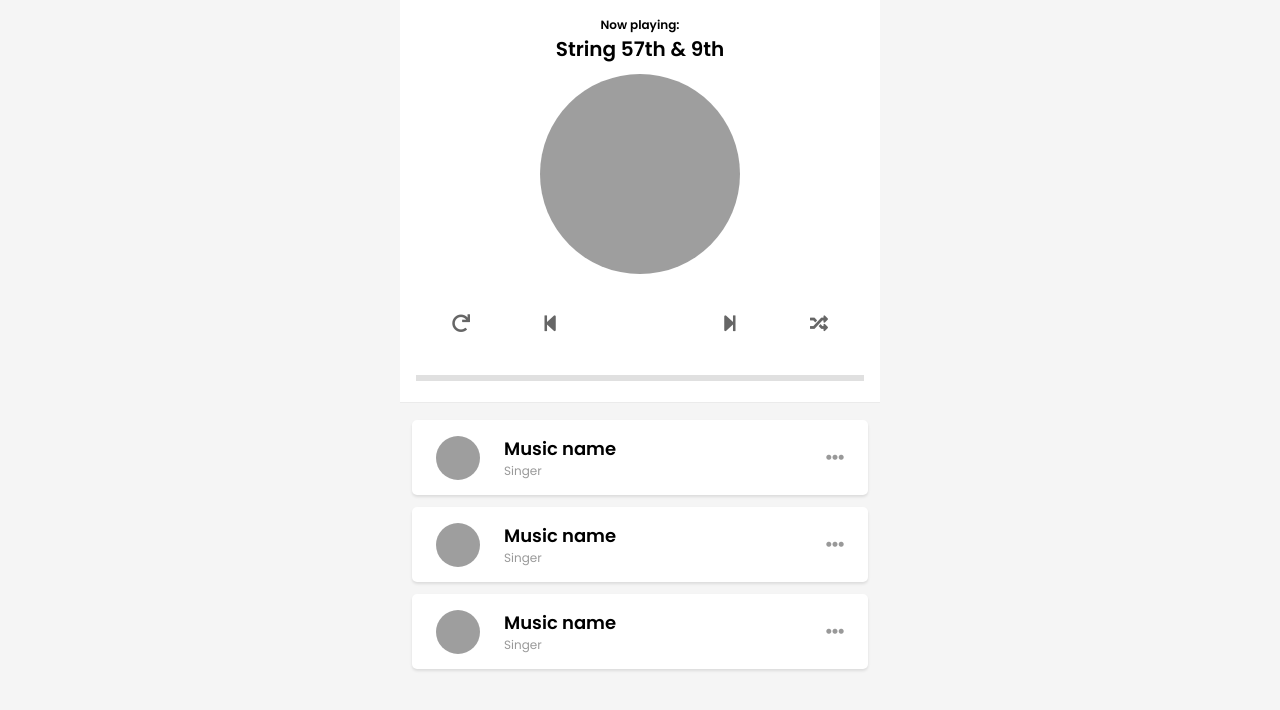
Repository: KienCao2000/demo-music
Page: index.html
The author's editor kept a copy of each file at every save. The page is drawn from the files as they stood at one save, then again after the next save.
The browser window is 1280 px wide. The pictures show the whole page.
Pictures or frames that could not be fetched are drawn as grey boxes.

Above is the page before, as saved 2022-02-24 14:59:11.

After the next save:
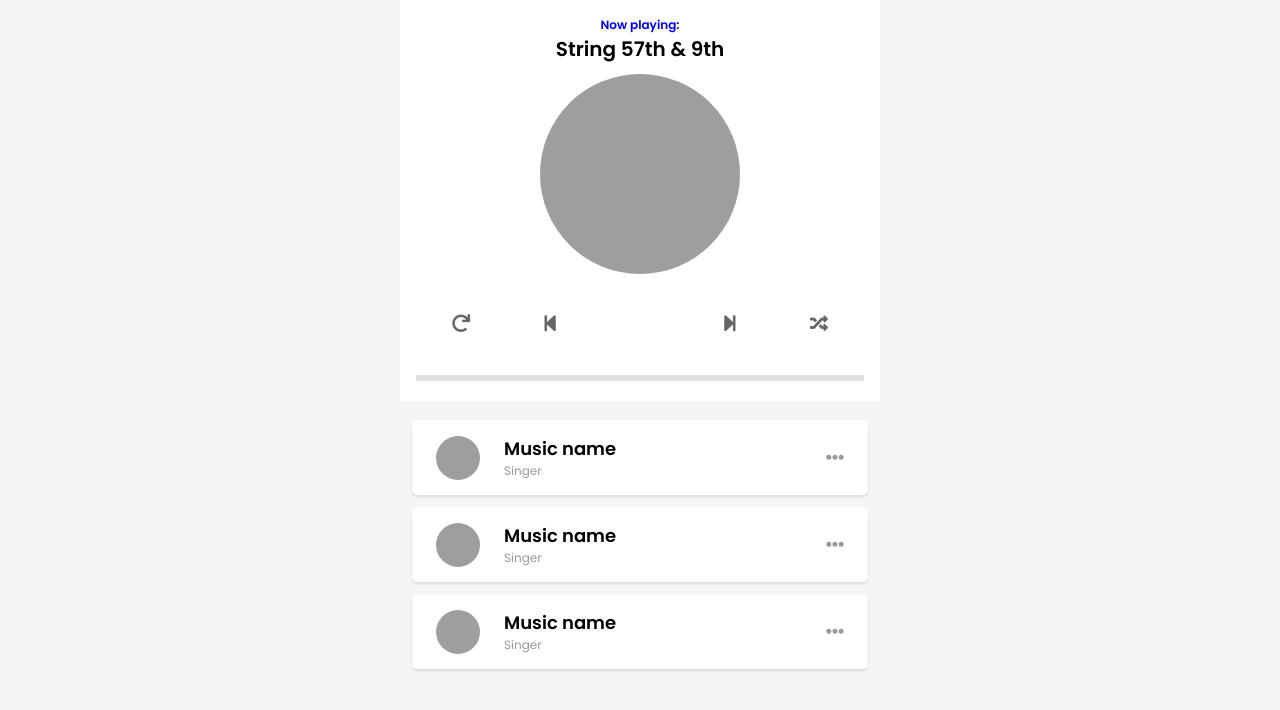
Saved 44 s later.
--- a/style.css
+++ b/style.css
@@ -52,7 +52,7 @@
 }
 
 header h4 {
-    color: var(--primary-color);
+    color: blue;
     font-size: 12px;
 }
 

After the save that followed:
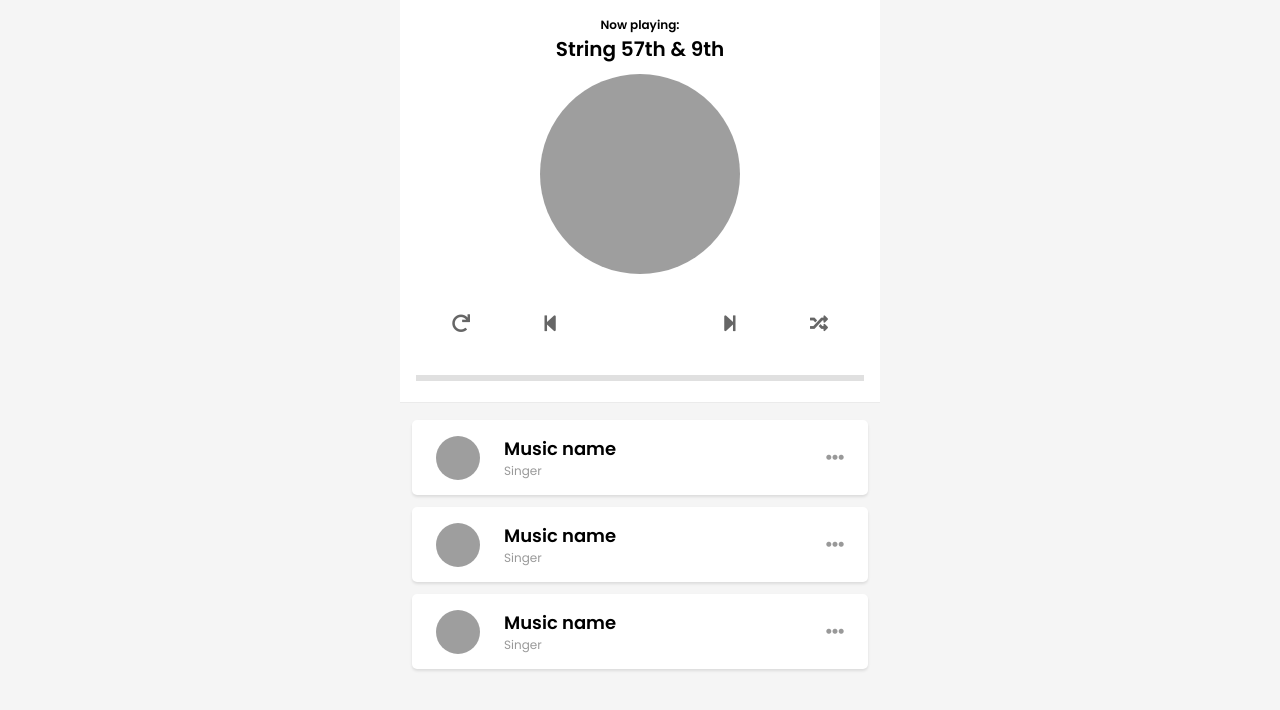
Saved 9 s later.
--- a/style.css
+++ b/style.css
@@ -52,7 +52,7 @@
 }
 
 header h4 {
-    color: blue;
+    color: var(--primary-color);
     font-size: 12px;
 }
 
